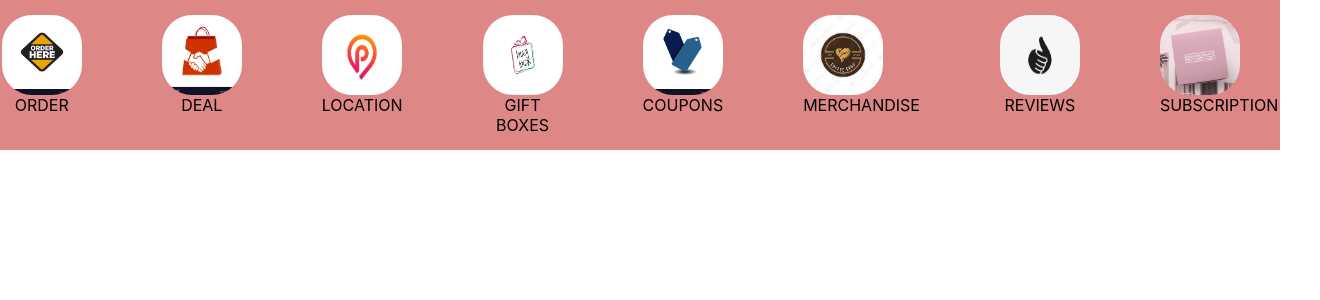
Repository: tusharpasricha/owlsomecoffee
Page: /
An editor plug-in stored every save of this project. The page is shown before and after the next save, followed by the edit.
The browser window is 1280 px wide. The page is 1320 px wide, so the pictures cover 1320 px, including what lies to the right of the window. The pictures show the whole page.
The project was rebuilt for these pictures with package versions that can differ from the ones it lists, and the page was loaded fresh each time.

Above is the page before, as saved 2021-09-27 09:34:01.

After the next save:
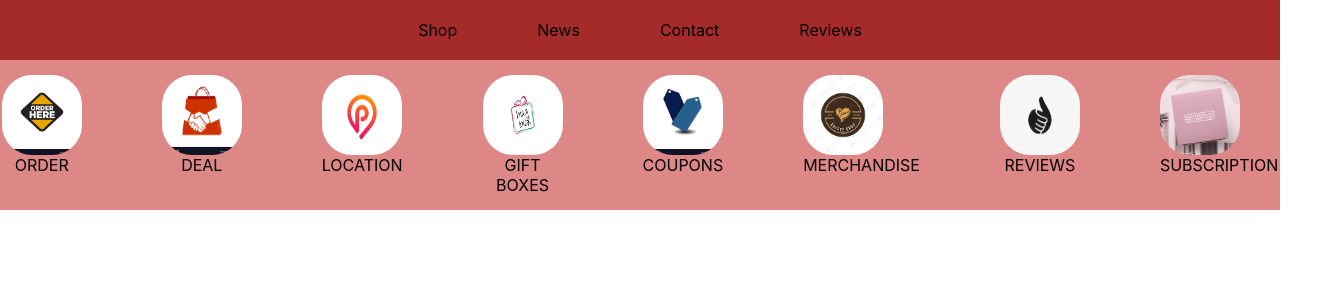
Saved 42 s later.
--- a/src/App.js
+++ b/src/App.js
@@ -6,7 +6,7 @@ import Bar from './components/bar';
 function App() {
   return (
     <div className="App">
-
+     <Navbar></Navbar>
      <Bar></Bar>
 
     </div>
